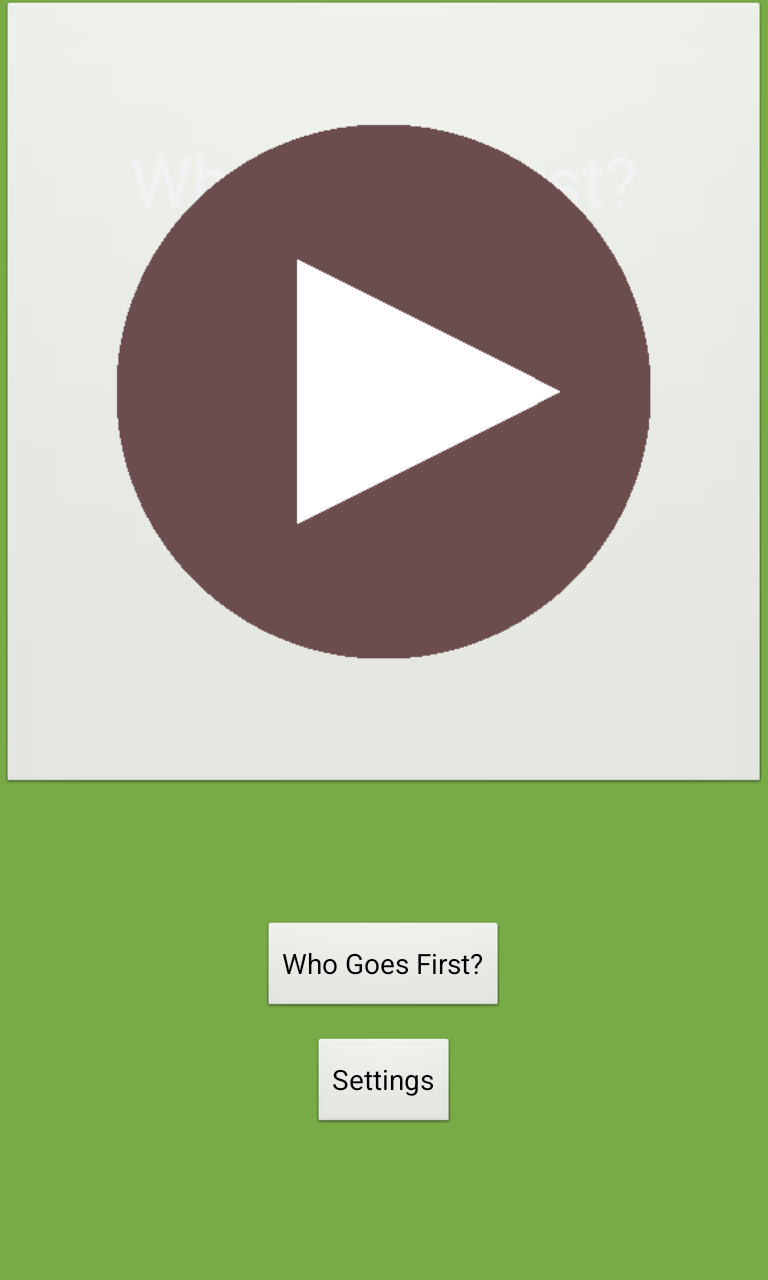
Repository: DarwinLYang/WhoGoesFirstApp
Layout: Who First/WhoFirst/res/layout/fragment_main.xml
These files come from the project's save history. The layout is drawn as it stood at one moment and after the next save; the edit follows.
It is drawn on a 768 x 1280 px phone screen (xhdpi) without system bars, with theme android:Theme.NoTitleBar.Fullscreen; the app's code is not run.

Above is the layout before, as saved 2014-04-09 21:30:25.

After the next save:
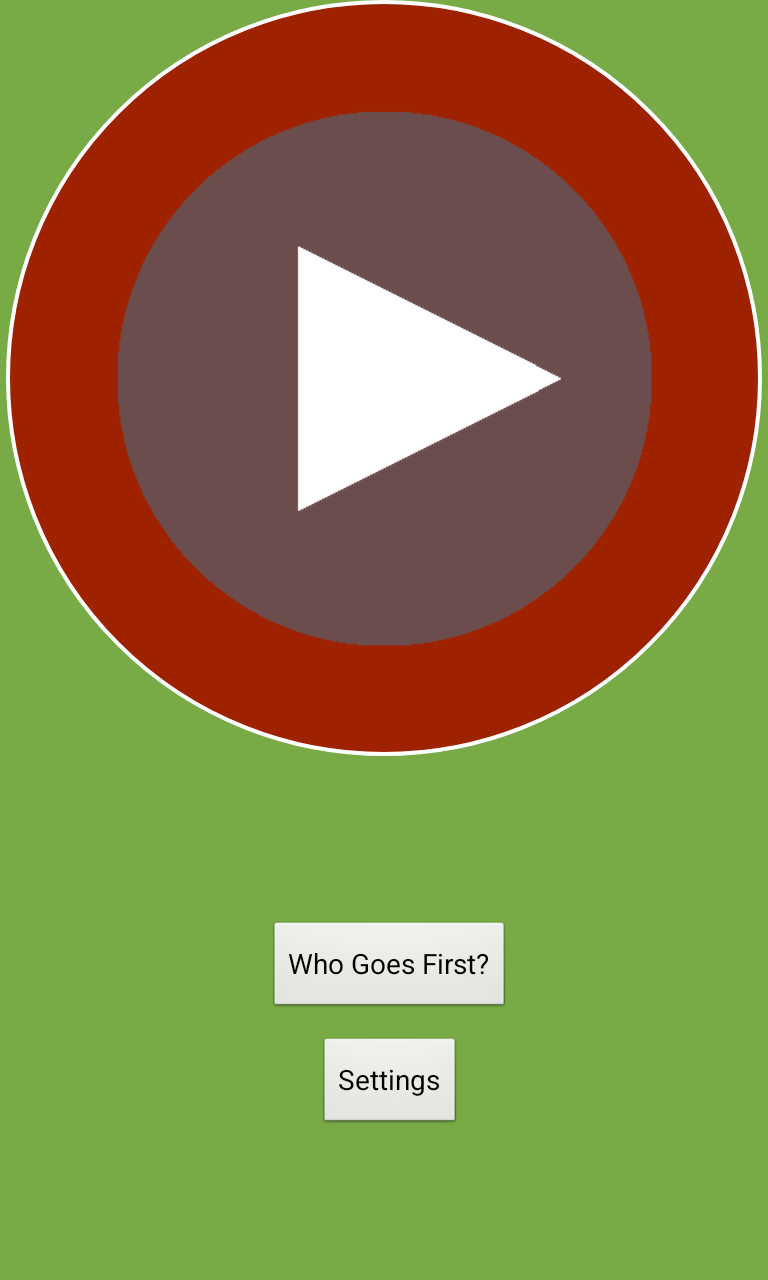
Saved 64 s later.
--- a/Who First/WhoFirst/res/layout/fragment_main.xml
+++ b/Who First/WhoFirst/res/layout/fragment_main.xml
@@ -39,9 +39,13 @@
 
     <ImageButton
         android:id="@+id/imageButton1"
+        android:layout_width="50sp"
         android:layout_width="wrap_content"
+        android:layout_height="50sp"
         android:layout_height="wrap_content"
         android:layout_alignParentLeft="true"
+        android:background="@drawable/round_button"
+        android:gravity="center_vertical|center_horizontal"
         android:src="@drawable/start_button" />
 
 </RelativeLayout>
